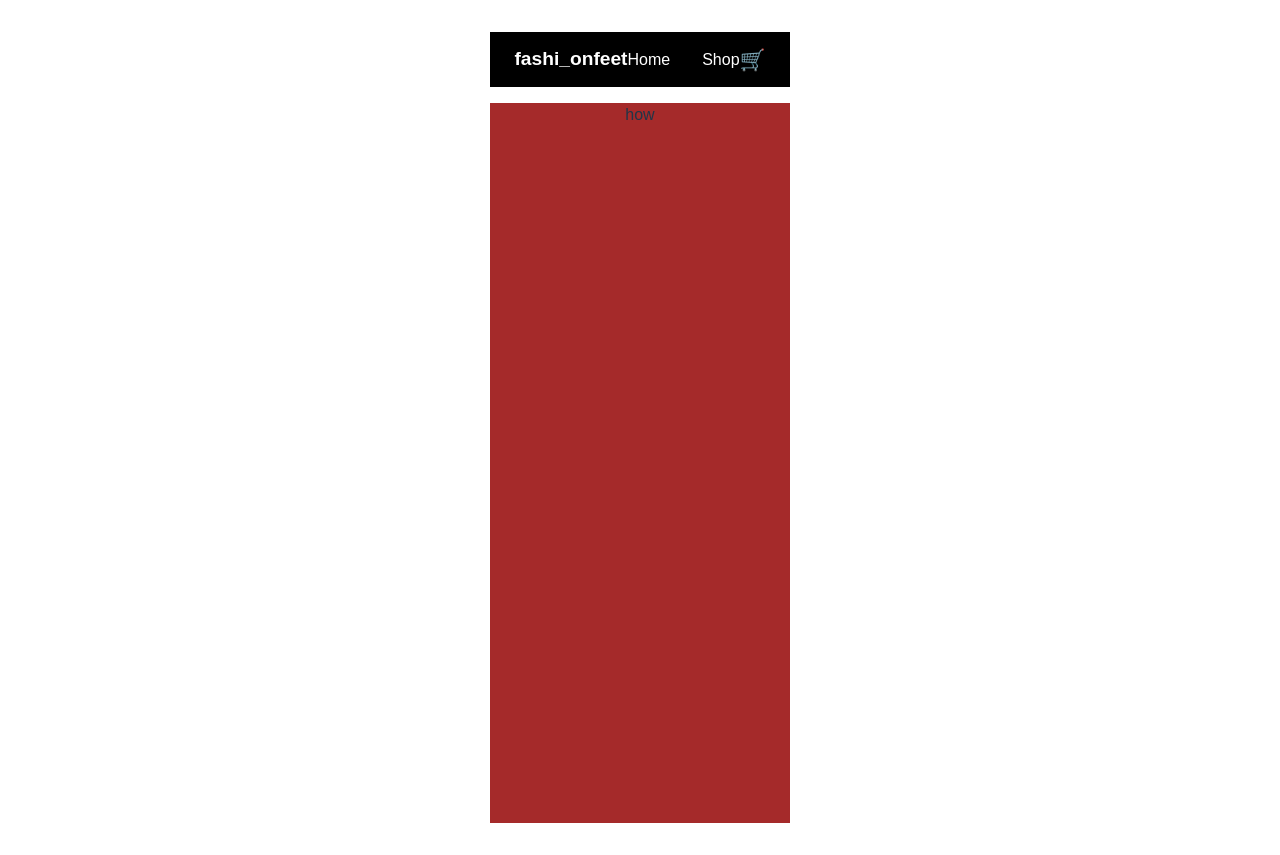
Repository: EphrahimLaanyu123/fashi_onfeet
Page: /shop
These files come from the project's save history. The page is drawn as it stood at one moment and after the next save; the edit follows.
The browser window is 1280 px wide. The pictures show the whole page.
The project was rebuilt for these pictures with package versions that can differ from the ones it lists, and the page was loaded fresh each time. Also part of the build but not shown: vite.config.js, src/Home/Home.jsx, src/Home/components/Products.css, src/Home/components/Products.jsx, src/Shop/components/supabaseClient.js, src/Shop/components/AddForm.css, src/Shop/components/AddProductForm.jsx.

Above is the page before, as saved 2025-04-18 20:30:25.

### src/App.jsx
// src/App.js
import React from 'react';
import { BrowserRouter as Router, Routes, Route } from 'react-router-dom';
import './App.css';

import Home from './Home/Home';
import Products from './Home/components/Products';
import Shop from './Shop/Shop';
import AddForm from './Shop/components/AddProductForm';

function App() {
  return (
    <Router>
      <div className="App">
        <Routes>
          <Route path="/" element={<Home />} />
          <Route path="/shop" element={<Shop />} />
          <Route path="/add" element={<AddForm />} />
          {/* 404 fallback */}
        </Routes>
      </div>
    </Router>
  );
}

export default App;

### src/Shop/Shop.jsx
import React from 'react'
import "./Shop.css"
import Navbar from '../Navbar'

const Shop = () => {
  return (
    <div>
      <Navbar></Navbar>
      <aside className='sidebar'>
        <p>how</p>
      </aside>
      <section className='products-page'>

      </section>
    </div>
  )
}

export default Shop

### src/Home/Home.css

  body, html {
    font-family: sans-serif;
    overflow-x: hidden;
  }
.main {
    background-color: black;
    width: 100vw;
    display: flex;
    flex-direction: column;
    padding: 6rem;
    justify-content: center;
    overflow-x: hidden;
  }

  .parallax-container {
    display: flex;
    height: 100vh;
    position: relative;
  }

  .parallax-half {
    flex: 1;
    overflow: hidden;
    position: relative;
  }

  /* Left side zoom image container */
  .zoom-wrapper {
    height: 100%;
    width: 100%;
    background-image: url('https://static.wixstatic.com/media/bc439c_81f0e108fef742289cca2a608af8d3c1~mv2.jpg');
    background-attachment: fixed;
    background-position: center;
    background-repeat: no-repeat;
    background-size: cover;
    transform: scale(1.2);
    transition: transform 0.3s ease-out;
    will-change: transform;
  }

  /* Right side static image, shows full image */
  .parallax2 {
    background-image: url('https://static.wixstatic.com/media/bc439c_01f9dcb9288c449084b2625be71b7a54~mv2.jpg');
    background-attachment: fixed;
    background-position: center;
    background-repeat: no-repeat;
    background-size: contain;
    background-color: black;
  }

  .content {
    height: 100vh;
    background-color: #f0f0f0;
    display: flex;
    align-items: center;
    justify-content: center;
    font-size: 2rem;
  }

### src/Shop/Shop.css
.sidebar {
    min-height: 100vh;
    background-color: brown;
}

### src/Navbar.jsx
import React from 'react'
import './Navbar.css'

const Navbar = () => {
  return (
    <nav className="navbar">
      <div className="navbar-left">fashi_<span>onfeet</span></div>

      <div className="navbar-center">
        <a href="/" className="nav-link">Home</a>
        <a href="/shop" className="nav-link">Shop</a>
      </div>

      <div className="navbar-right">
        <a href="/cart" className="cart-icon">🛒</a>
      </div>
    </nav>
  )
}

export default Navbar

### src/Navbar.css
.navbar {
    width: 100vqw;
    display: flex;
    justify-content: space-between;
    align-items: center;
    background-color: #000;
    color: white;
    padding: 0.75rem 1.5rem;
    font-family: sans-serif;
  }

  .navbar-left {
    font-weight: bold;
    font-size: 1.2rem;
  }

  .navbar-left span {
    color: #fff;
  }

  .navbar-center {
    display: flex;
    gap: 2rem;
  }

  .nav-link {
    color: white;
    text-decoration: none;
    font-size: 1rem;
  }

  .nav-link:hover {
    text-decoration: underline;
  }

  .navbar-right .cart-icon {
    font-size: 1.3rem;
    text-decoration: none;
    color: white;
  }

  .cart-icon:hover {
    opacity: 0.8;
  }

Loaded but not shown: index.html (common file); src/main.jsx (common file); src/index.css (common file); src/App.css (common file)

After the next save:
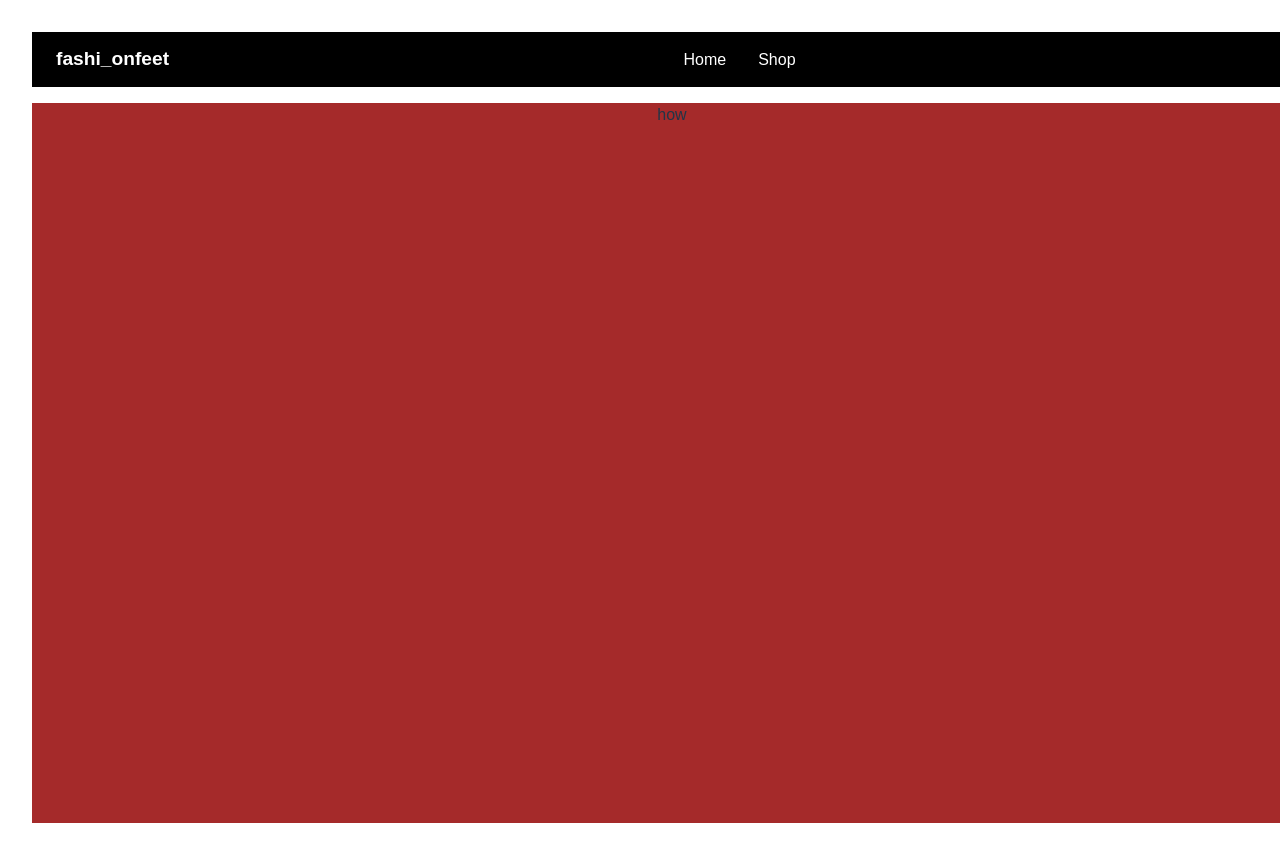
Saved 4 s later.
--- a/src/Navbar.css
+++ b/src/Navbar.css
@@ -1,5 +1,5 @@
 .navbar {
-    width: 100vqw;
+    width: 100vw;
     display: flex;
     justify-content: space-between;
     align-items: center;

After the save that followed:
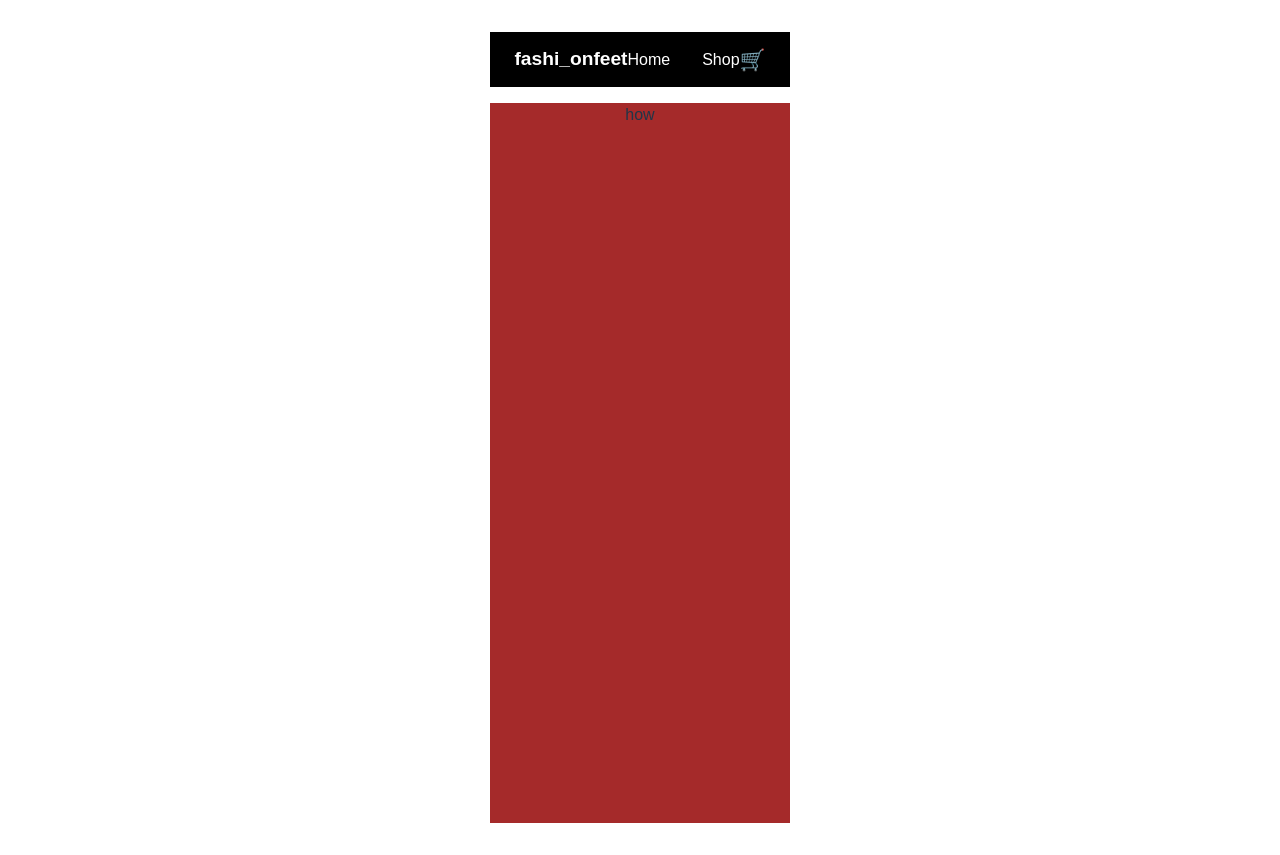
Saved 11 s later.
--- a/src/Navbar.css
+++ b/src/Navbar.css
@@ -1,5 +1,5 @@
 .navbar {
-    width: 100vw;
+    width: 100vqw;
     display: flex;
     justify-content: space-between;
     align-items: center;
